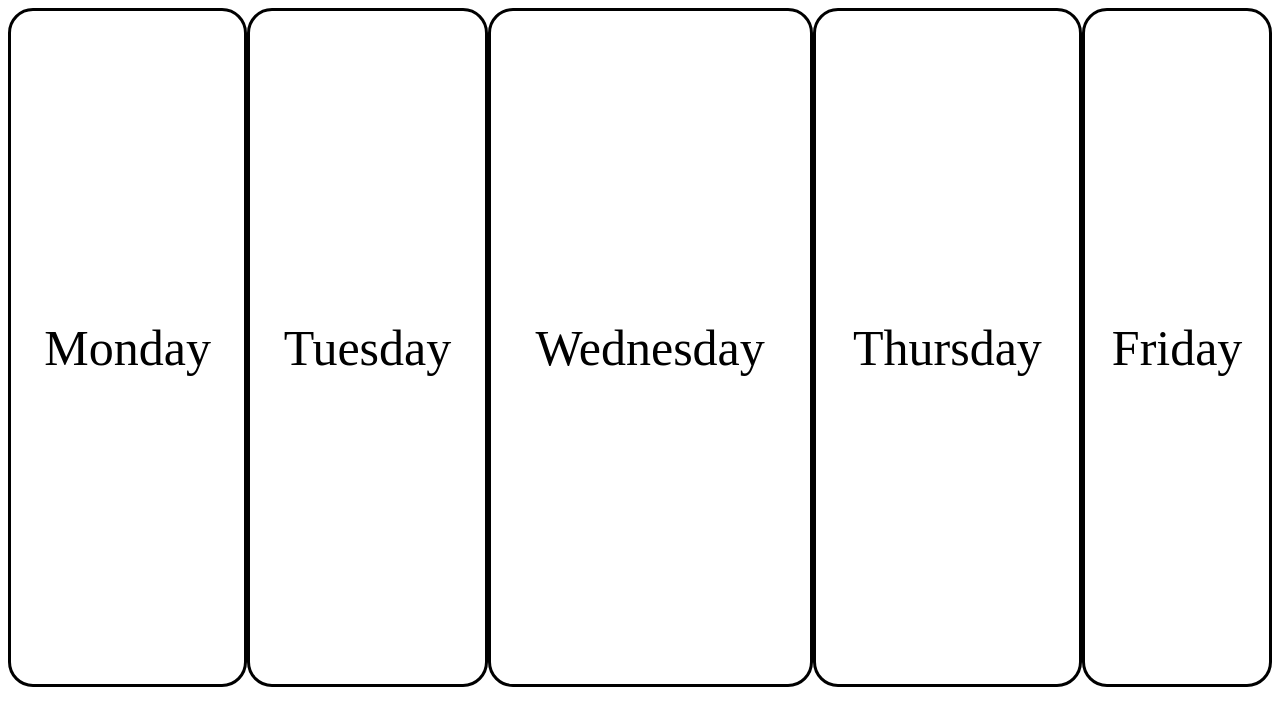
Repository: shleewhite/missionBitCalendar
Page: views/sep.html
The author's editor kept a record of every edit. The page is drawn from the files as they stood at one moment, then again after the next edit.
The browser window is 1280 px wide. The pictures show the whole page.

Above is the page before.

After the next edit:
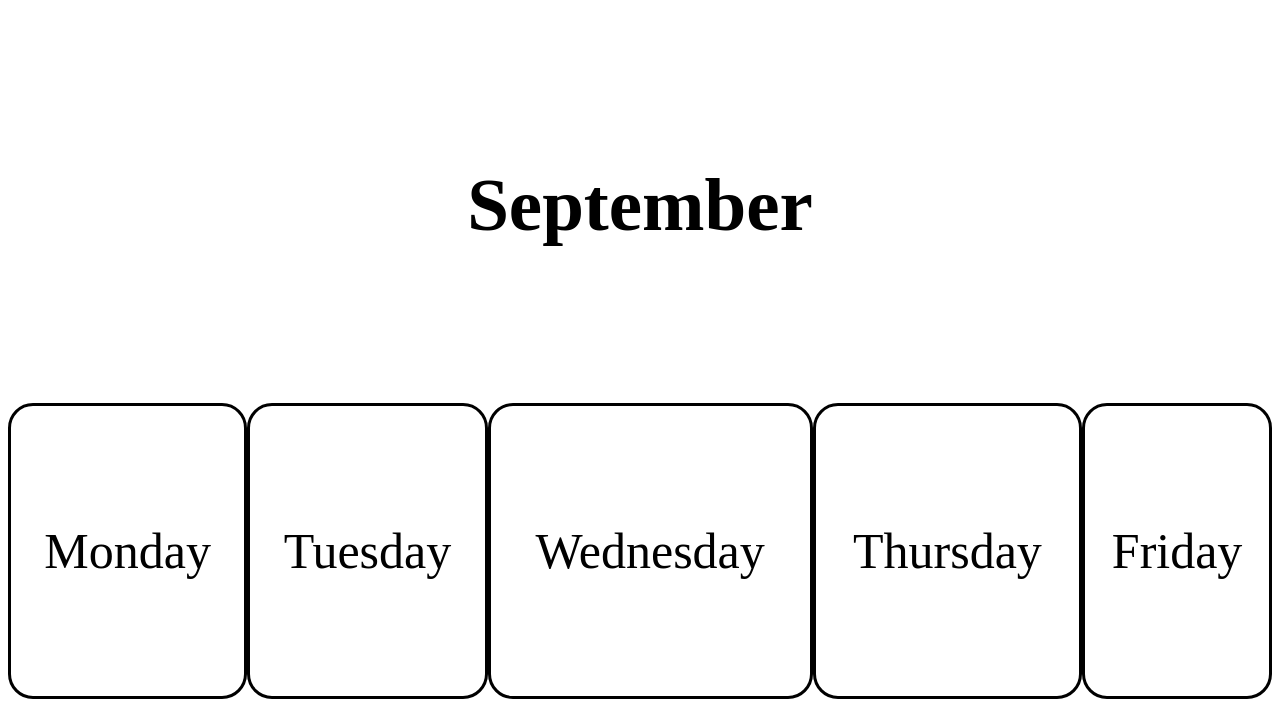
The edit:
--- a/views/sep.html
+++ b/views/sep.html
@@ -4,8 +4,8 @@
     <head></head>
     <body>
         <table id="monthTable">
-            <tablehead>
-
+            <thead>
+                 <th class="monthHeader" colspan="5">September</th>
             </tablehead>
 
             <tr>
